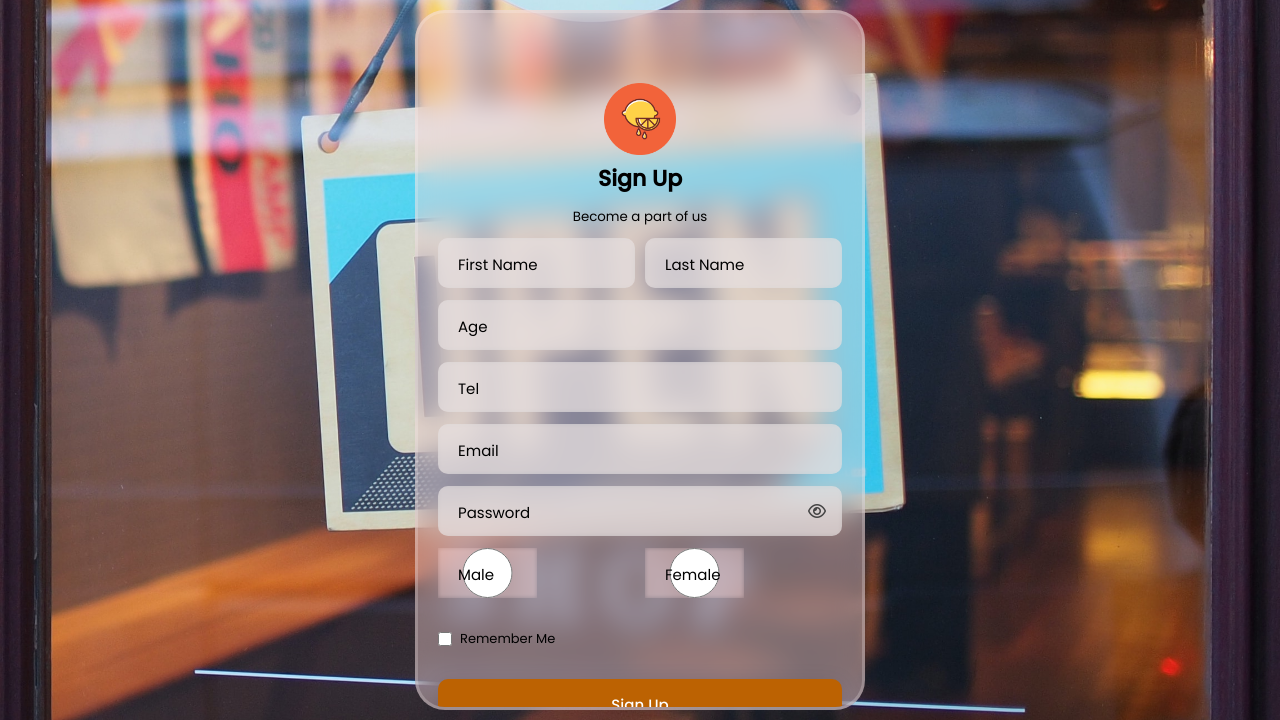
Repository: MauDucKG/BigFarm
Page: http://localhost/BigFarm/views/main/register/index.php?page=main&controller=register&action=submit
An editor plug-in stored every save of this project. The page is shown before and after the next save, followed by the edit.
The browser window is 1280 px wide. The pictures show the whole page.
Some web libraries are served in a nearby version. The page is run by PHP 8.4 with error messages shown; the project is at /var/www/html/.

Above is the page before, as saved 2023-04-26 22:30:10.

### views/main/register/index.php
<!DOCTYPE html>
<html lang="en">

<head>
	<meta charset="utf-8">
	<meta name="viewport" content="width=device-width, initial-scale=1">
	<title>Register</title>
	<!-- <link href="https://cdn.jsdelivr.net/npm/bootstrap@5.2.2/dist/css/bootstrap.min.css" rel="stylesheet" integrity="sha384-Zenh87qX5JnK2Jl0vWa8Ck2rdkQ2Bzep5IDxbcnCeuOxjzrPF/et3URy9Bv1WTRi" crossorigin="anonymous"> -->
	<link rel="stylesheet" href="assets/stylesheets/register.css">
    <script src="https://kit.fontawesome.com/4ccf3877a2.js" crossorigin="anonymous"></script>
    <!-- <style>
        @import url('https://fonts.googleapis.com/css2?family=Poppins:wght@400;500&display=swap');
body{
    background: url("https://images.unsplash.com/photo-1472851294608-062f824d29cc?ixlib=rb-4.0.3&ixid=MnwxMjA3fDB8MHxwaG90by1wYWdlfHx8fGVufDB8fHx8&auto=format&fit=crop&w=2304&q=80");
    background-size: cover;
    background-position: center;
    background-repeat: no-repeat;
    background-attachment: fixed;
}
*{
    margin: 0;
    padding: 0;
    box-sizing: border-box;
    font-family: 'Poppins',sans-serif;
}
.wrapper{
    display: flex;
    justify-content: center;
    align-items: center;
    min-height: 100vh;
    width: 100%;
}
.box{
    display: flex;
    flex-direction: row;
    position: relative;
    padding: 60px 20px 30px 20px;
    height: 700px;
    width: 450px;
    background-color: rgba(255, 220, 220, 0.4);
    border-radius: 30px;
    -webkit-backdrop-filter: blur(15px);
    backdrop-filter: blur(15px);
    border: 3px solid rgba(255, 255, 255, 0.2);
    overflow: hidden;
}
.box-register{
    position: absolute;
    width: 85%;
    right: -350px;
    transition: .5s ease-in-out;
}
.top-header{
    text-align: center;
    margin: 10px auto;
}
.top-header h3{
    font-size: 22px;
    font-weight: 600;
    margin-bottom: 8px;
}
.input-group{
    width: 100%;
}
.input-field{
    width: 100%;
    margin-bottom: 12px;
    position: relative;
}
.input-box{
    width: 100%;
    height: 50px;
    font-size: 15px;
    color: #040404;
    border: none;
    border-radius: 10px;
    padding: 7px 45px 0 20px;
    background: rgba(224, 223, 223, 0.6);
    -webkit-backdrop-filter: blur(2px);
    backdrop-filter: blur(2px);
    outline: none;
}
.input-field label{
    position: absolute;
    left: 20px;
    top: 15px;
    font-size: 15px;
    transition: .3s ease-in-out;
}
.input-box:focus ~ label,.input-box:valid ~ label{
    top: 2px;
    font-size: 10px;
    color: #c12828;
    font-weight: 500;
}
.eye-area{
    position: absolute;
    top: 25px;
    right: 25px;
}
.eye-box{
    display: flex;
    justify-content: center;
    align-items: center;
    position: relative;
}
i{
    position: absolute;
    color: #444444;
    cursor: pointer;
}
#eye,#eye-2{
    opacity: 1;
}
#eye-slash,#eye-slash-2{
    opacity: 0;
}
.remember{
    display: flex;
    font-size: 13px;
    margin: 12px 0 30px 0;
    color: #000;
}
.check{
    margin-right: 8px;
    width: 14px;
}
.input-submit{
    width: 100%;
    height: 50px;
    font-size: 15px;
    font-weight: 500;
    border: none;
    border-radius: 10px;
    background: #bc6202;
    color: #fff;
    box-shadow: 0px 4px 20px rgba(62, 9, 9, 0.145);
    cursor: pointer;
    transition: .4s;
}
.input-submit:hover{
    background: #db3e00;
    box-shadow: 0px 4px 20px rgba(62, 9, 9, 0.32);
}
#btn{
    position: absolute;
    bottom: 0;
    left: 0;
    width: 145px;
    height: 50px;
    background: #cccccd;
    border-radius: 10px;
    box-shadow: 2px 0px 12px rgba(0, 0, 0, 0.1);
    transition: .5s ease-in-out;
}
.name-box{
    display: flex;
    column-gap: 10px;
}
.name-box .input-box{
    width: 100%;
}
.name-box .input-field{
    width: 100%;
}
    </style> -->
</head>

<body>
    <div class="wrapper">
        <div class="box">
        <form action="index.php?page=main&controller=register&action=submit" method="POST" class="text-right">
            <div class="register-box" id="regUser">
                <div class="top-header">
                    <img src="assets/images/team_logo.png" alt="" width="72" height="72">
                    <h3>Sign Up</h3>
                    <small>Become a part of us</small>
                </div>
                <div class="input-group">
                    <div class="name-box">
                        <div class="input-field">
                            <input type="text" class="input-box" id="fname" name="fmane" required>
                            <label for="regUser">First Name</label>
                        </div>
                        <div class="input-field">
                            <input type="text" class="input-box" id="lname" name="lname" required>
                            <label for="regUser">Last Name</label>
                        </div>
                    </div>
                    <div class="input-field">
                        <input type="text" class="input-box" id="age" name="age" required>
                        <label for="regUser">Age</label>
                    </div>
                    <div class="input-field">
                        <input type="text" class="input-box" id="phone" name="phone" required>
                        <label for="regUser">Tel</label>
                    </div>
                    <div class="input-field">
                        <input type="text" class="input-box" id="email" name="email" required>
                        <label for="regUser">Email</label>
                    </div>
                    <div class="input-field">
                        <input type="password" class="input-box" id="pass" name="pass" required>
                        <label for="regPassword">Password</label>
                         <div class="eye-area">
                                <div class="eye-box" onclick="myRegPassword()">
                                    <i class="fa-regular fa-eye" id="eye-2"></i>
                                    <i class="fa-regular fa-eye-slash" id="eye-slash-2"></i>
                                </div>
                         </div>
                    </div>
                    <div class="gender-box">
                        <div class="input-field">
                            <input type="radio" class="input-box" name="gender" value="1" required>
                            <label>Male</label>
                        </div>
                        <div class="input-field">
                            <input type="radio" class="input-box" name="gender" value="1" required>
                            <label>Female</label>
                        </div>
                    </div>
				</div>
                    <div class="remember">
                        <input type="checkbox" id="formCheck-2" class="check">
                        <label for="formCheck-2">Remember Me</label>
                    </div>
                    <div class="input-field">
                        <input type="submit" class="input-submit" value="Sign Up">
                    </div>
                </div>
          </div>
        </form>
        </div>
    </div>
    <script>
        function myRegPassword(){
            var d = document.getElementById('regPassword');
            var b = document.getElementById("eye-2");
            var c = document.getElementById("eye-slash-2");
            if(d.type === "password"){
                d.type = "text"
                b.style.opacity = "0";
                c.style.opacity = "1";
            }else{
                d.type = "password"
                b.style.opacity = "1";
                c.style.opacity = "0";
            }
        }
    </script>
</body>

</html>

### assets/stylesheets/register.css
@import url('https://fonts.googleapis.com/css2?family=Poppins:wght@400;500&display=swap');
body{
    background: url("/BigFarm/assets/images/mike-petrucci-c9FQyqIECds-unsplash.jpg");
    background-size: cover;
    background-position: center;
    background-repeat: no-repeat;
    background-attachment: fixed;
}
*{
    margin: 0;
    padding: 0;
    box-sizing: border-box;
    font-family: 'Poppins',sans-serif;
}
.wrapper{
    display: flex;
    justify-content: center;
    align-items: center;
    min-height: 100vh;
    width: 100%;
}
.box{
    display: flex;
    flex-direction: row;
    position: relative;
    padding: 60px 20px 30px 20px;
    height: 700px;
    width: 450px;
    background-color: rgba(255, 220, 220, 0.4);
    border-radius: 30px;
    -webkit-backdrop-filter: blur(15px);
    backdrop-filter: blur(15px);
    border: 3px solid rgba(255, 255, 255, 0.2);
    overflow: hidden;
}
.box-register{
    position: absolute;
    width: 85%;
    right: -350px;
    transition: .5s ease-in-out;
}
.top-header{
    text-align: center;
    margin: 10px auto;
}
.top-header h3{
    font-size: 22px;
    font-weight: 600;
    margin-bottom: 8px;
}
.input-group{
    width: 100%;
}
.input-field{
    width: 100%;
    margin-bottom: 12px;
    position: relative;
}
.input-box{
    width: 100%;
    height: 50px;
    font-size: 15px;
    color: #040404;
    border: none;
    border-radius: 10px;
    padding: 7px 45px 0 20px;
    background: rgba(224, 223, 223, 0.6);
    -webkit-backdrop-filter: blur(2px);
    backdrop-filter: blur(2px);
    outline: none;
}
.input-field label{
    position: absolute;
    left: 20px;
    top: 15px;
    font-size: 15px;
    transition: .3s ease-in-out;
}
.input-box:focus ~ label,.input-box:valid ~ label{
    top: 2px;
    font-size: 10px;
    color: #c12828;
    font-weight: 500;
}
.eye-area{
    position: absolute;
    top: 25px;
    right: 25px;
}
.eye-box{
    display: flex;
    justify-content: center;
    align-items: center;
    position: relative;
}
i{
    position: absolute;
    color: #444444;
    cursor: pointer;
}
#eye,#eye-2{
    opacity: 1;
}
#eye-slash,#eye-slash-2{
    opacity: 0;
}
.remember{
    display: flex;
    font-size: 13px;
    margin: 12px 0 30px 0;
    color: #000;
}
.check{
    margin-right: 8px;
    width: 14px;
}
.input-submit{
    width: 100%;
    height: 50px;
    font-size: 15px;
    font-weight: 500;
    border: none;
    border-radius: 10px;
    background: #bc6202;
    color: #fff;
    box-shadow: 0px 4px 20px rgba(62, 9, 9, 0.145);
    cursor: pointer;
    transition: .4s;
}
.input-submit:hover{
    background: #db3e00;
    box-shadow: 0px 4px 20px rgba(62, 9, 9, 0.32);
}
#btn{
    position: absolute;
    bottom: 0;
    left: 0;
    width: 145px;
    height: 50px;
    background: #cccccd;
    border-radius: 10px;
    box-shadow: 2px 0px 12px rgba(0, 0, 0, 0.1);
    transition: .5s ease-in-out;
}
.name-box{
    display: flex;
    column-gap: 10px;
}
.name-box .input-box{
    width: 100%;
}
.name-box .input-field{
    width: 100%;
}

.gender-box{
    display: flex;
    column-gap: 10px;
}
.gender-box .input-box{
    width: 50%;
}
.gender-box .input-field{
    width: 50%;
}

After the next save:
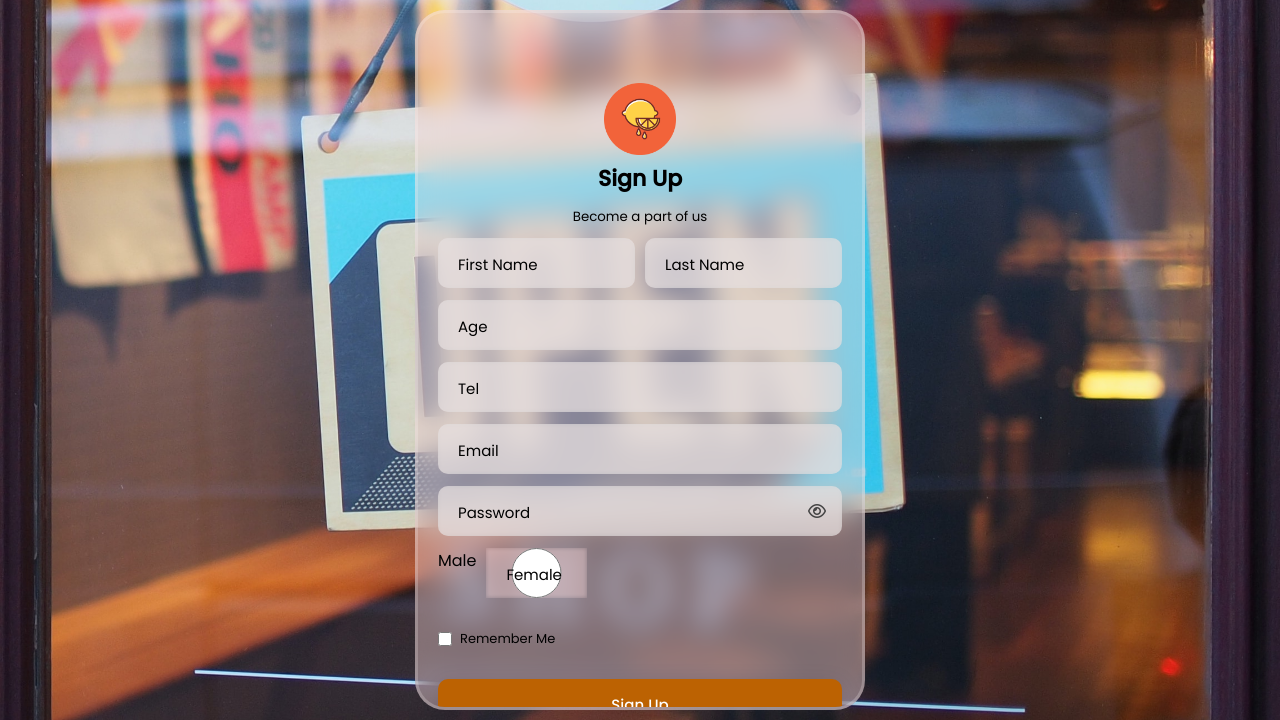
Saved 106 s later.
--- a/views/main/register/index.php
+++ b/views/main/register/index.php
@@ -210,7 +210,7 @@ i{
                          </div>
                     </div>
                     <div class="gender-box">
-                        <div class="input-field">
+                        <div class="input-fiel>
                             <input type="radio" class="input-box" name="gender" value="1" required>
                             <label>Male</label>
                         </div>
